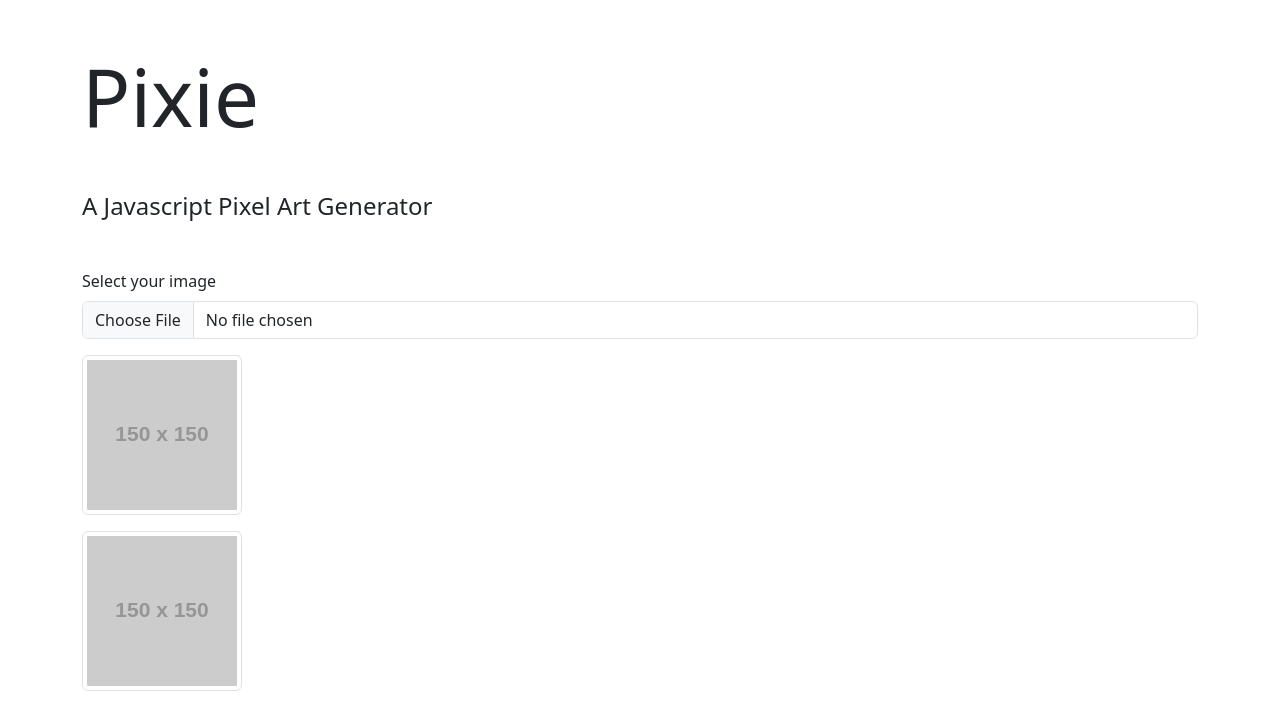
Repository: BigEmperor26/Pixie
Page: index.html
These files come from the project's save history. The page is drawn as it stood at one moment and after the next save; the edit follows.
The browser window is 1280 px wide. The pictures show the whole page.

Above is the page before, as saved 2023-12-08 15:12:10.

### index.html
<!doctype html>
<html lang="en">
  <head>
    <meta charset="utf-8">
    <meta name="viewport" content="width=device-width, initial-scale=1">
    <title>Pixie</title>
    <link href="https://cdn.jsdelivr.net/npm/bootstrap@5.3.2/dist/css/bootstrap.min.css" rel="stylesheet" integrity="sha384-T3c6CoIi6uLrA9TneNEoa7RxnatzjcDSCmG1MXxSR1GAsXEV/Dwwykc2MPK8M2HN" crossorigin="anonymous">
  </head>
  <body>
    <div class="container">
    <p class="h1 my-5 display-1">Pixie</p>
    <p class="h4 my-5 disabled">A Javascript Pixel Art Generator</p>
    <div class="my-3">
        <label for="formFile" class="form-label">Select your image</label>
        <input class="form-control" type="file" id="fileInput" onchange="console.log('changed')">
    </div>
    <div class="my-3">
        <img src="https://via.placeholder.com/150" class="img-thumbnail" alt="..." onclick="" id="imageSrc">
    </div>
  <!-- Content here -->
    <div class="my-3">
        <img src="https://via.placeholder.com/150" class="img-thumbnail" alt="..." onclick="" id="imageOut">
    </div>
    </div>
    <script src="https://cdn.jsdelivr.net/npm/bootstrap@5.3.2/dist/js/bootstrap.bundle.min.js" integrity="sha384-C6RzsynM9kWDrMNeT87bh95OGNyZPhcTNXj1NW7RuBCsyN/o0jlpcV8Qyq46cDfL" crossorigin="anonymous"></script>
    <script type="text/javascript">
        let imgElement = document.getElementById("imageSrc")
        let inputElement = document.getElementById("fileInput");
        inputElement.addEventListener("change", (e) => {
          imgElement.src = URL.createObjectURL(e.target.files[0]);
        }, false);
        </script>
  </body>
</html>

After the next save:
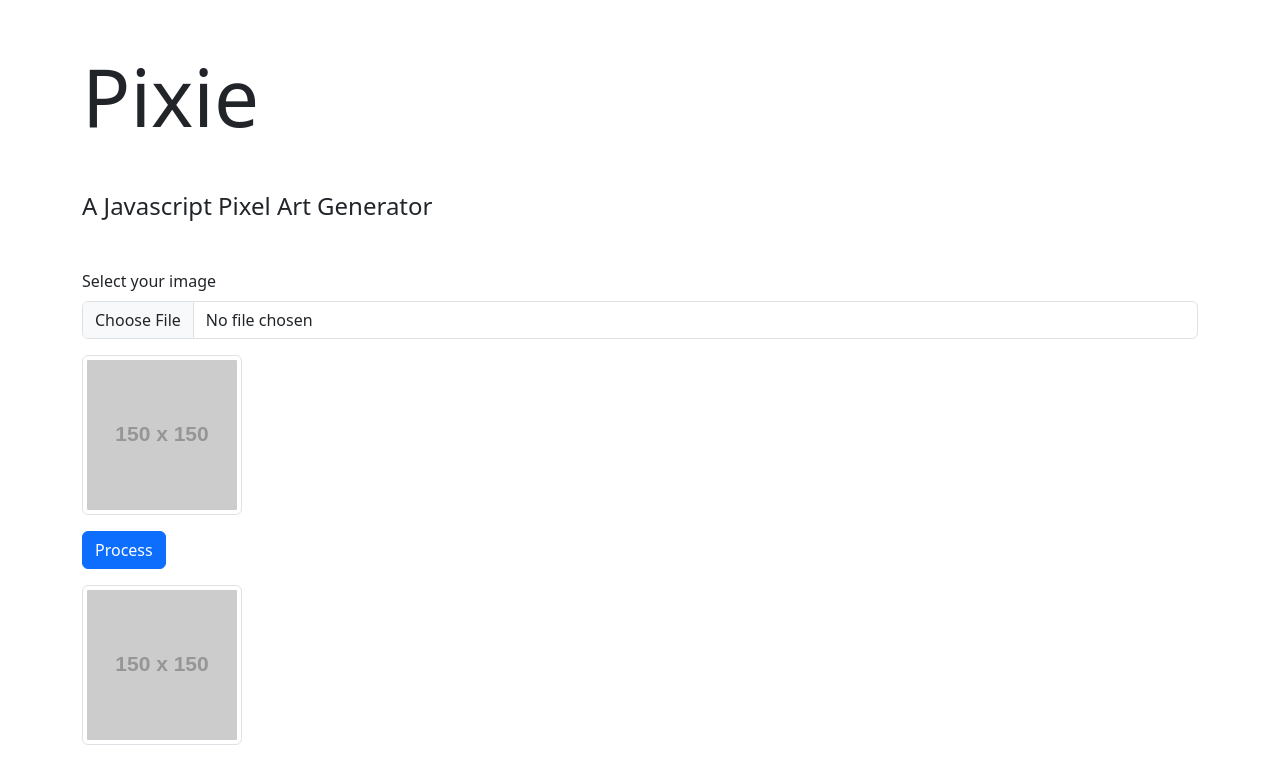
Saved 2 min 18 s later.
--- a/index.html
+++ b/index.html
@@ -17,6 +17,7 @@
     <div class="my-3">
         <img src="https://via.placeholder.com/150" class="img-thumbnail" alt="..." onclick="" id="imageSrc">
     </div>
+    <button type="button" class="btn btn-primary">Process</button>
   <!-- Content here -->
     <div class="my-3">
         <img src="https://via.placeholder.com/150" class="img-thumbnail" alt="..." onclick="" id="imageOut">
